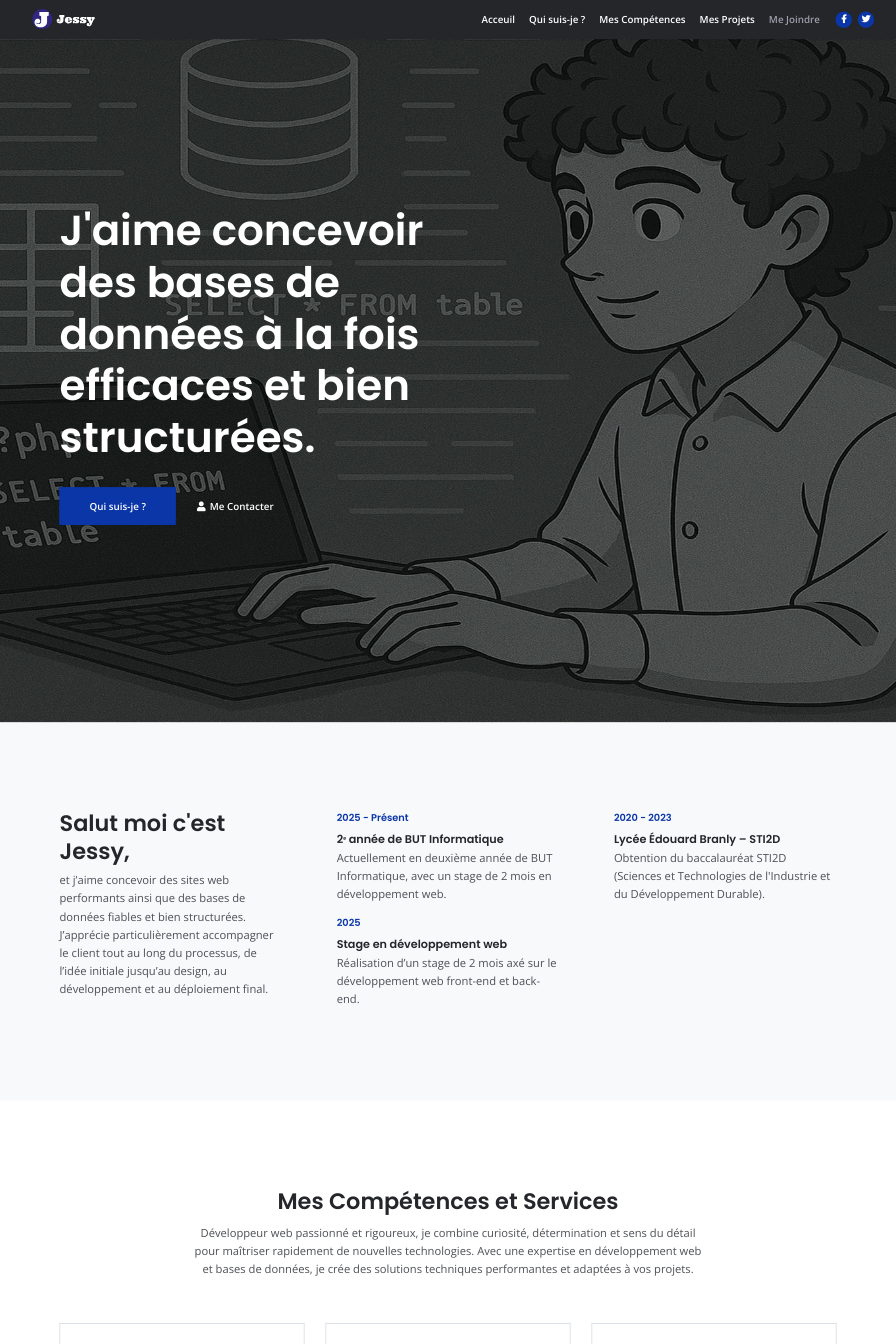
Repository: J2S80000/Portfolio
Page: index.html
An editor plug-in stored every save of this project. The page is shown before and after the next save, followed by the edit.
The browser window is 1280 px wide. The pictures show the part of the page from y = 0 to 1920 px (the page is 8173 px tall), at 70% of full size.

Above is the page before, as saved 2025-05-12 23:46:48.

After the next save:
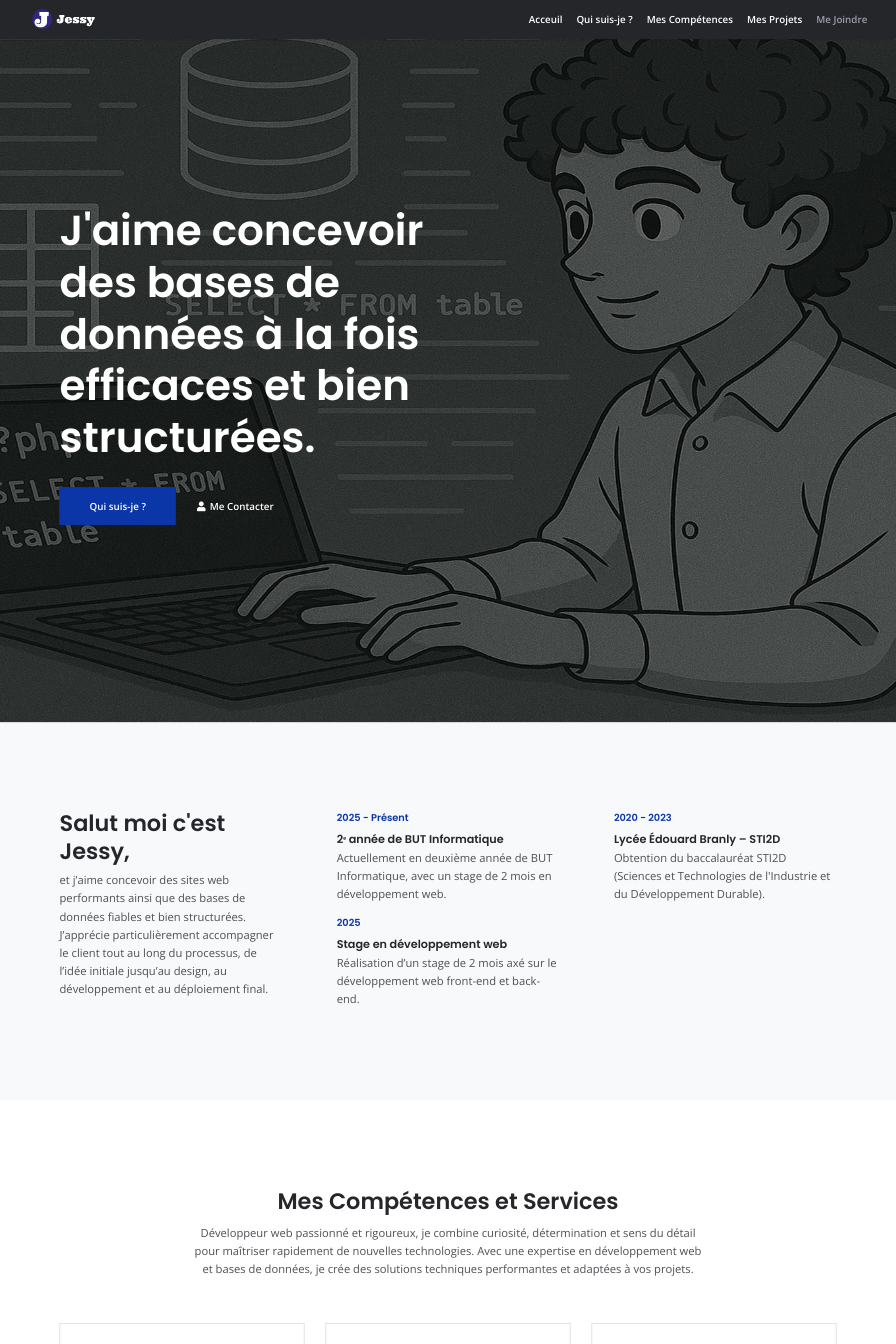
Saved 54 s later.
--- a/index.html
+++ b/index.html
@@ -63,20 +63,7 @@
                         <a class="nav-link page-scroll" href="#contact">Me Joindre</a>
                     </li>
                 </ul>
-                <span class="nav-item social-icons">
-                    <span class="fa-stack">
-                        <a href="#your-link">
-                            <i class="fas fa-circle fa-stack-2x"></i>
-                            <i class="fab fa-facebook-f fa-stack-1x"></i>
-                        </a>
-                    </span>
-                    <span class="fa-stack">
-                        <a href="#your-link">
-                            <i class="fas fa-circle fa-stack-2x"></i>
-                            <i class="fab fa-twitter fa-stack-1x"></i>
-                        </a>
-                    </span>
-                </span>
+
             </div> <!-- end of navbar-collapse -->
         </div> <!-- end of container -->
     </nav> <!-- end of navbar -->
